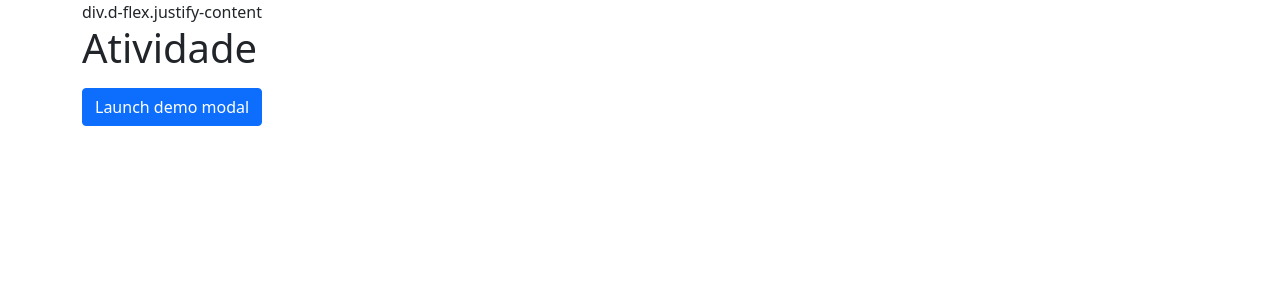
Repository: faribeiro/react-dotnetcore-efcore
Page: / (app in front/pro-atividade-app/)
These files come from the project's save history. The page is drawn as it stood at one moment and after the next save; the edit follows.
The browser window is 1280 px wide. The pictures show the whole page.
The page's requests for data from a server got no answer. The project was rebuilt for these pictures with package versions that can differ from the ones it lists, and the page was loaded fresh each time. No one was signed in, and anything a server would have sent is missing. Also part of the build but not shown: front/pro-atividade-app/src/components/AtividadeForm.js, front/pro-atividade-app/src/components/Atividade.js.

Above is the page before, as saved 2023-10-24 15:11:01.

### front/pro-atividade-app/src/index.js
import React from 'react';
import ReactDOM from 'react-dom/client';
import './index.css';
import 'bootstrap/dist/css/bootstrap.min.css';
import App from './App';


const root = ReactDOM.createRoot(document.getElementById('root'));
root.render(
  <div className='container'>
    <App />

  </div>
);

// If you want to start measuring performance in your app, pass a function
// to log results (for example: reportWebVitals(console.log))
// or send to an analytics endpoint. Learn more: https://bit.ly/CRA-vitals

### front/pro-atividade-app/src/index.css
@import url('../node_modules/@fortawesome/fontawesome-free/css/all.min.css');

### front/pro-atividade-app/src/App.js
import {useEffect, useState} from 'react';
import './App.css';
import { Button, Modal } from 'react-bootstrap';
import AtividadeForm from './components/AtividadeForm';
import AtividadeLista from './components/AtividadeLista';
import api from './api/atividade';

function App() {
  const [show, setShow] = useState(false);
  const [atividades, setAtividades] = useState([])
  const [atividade, setAtividade] = useState({id:0})

  const handleClose = () => setShow(false);
  const handleShow = () => setShow(true);

  const pegaTodasAtividades = async () => {
    const response = await api.get('atividade');
    return response.data;
  }

  useEffect(() => {
    //atividades.length <= 0 ? setIndex(1) :
    //setIndex(Math.max.apply( Math, atividades.map((item) => item.id)) + 1)
    const getAtividades = async () => {
      const todasAtividades = await pegaTodasAtividades()
      if (todasAtividades) setAtividades(todasAtividades)
    }
    getAtividades();
  },[])

   const addAtividade = async (ativ) => {
    const response = await api.post('atividade', ativ)
    console.log(response.data)
    setAtividades([ ...atividades, response.data])
  }

  function cancelarAtividade() {
    setAtividade({id: 0})
  }

  const atualizarAtividade = async (ativ) => {
    const response = await api.put(`atividade/${ativ.id}`, ativ)
    const {id} = response.data
    setAtividades(
      atividades.map((item) => (item.id === id ? response.data : item ))
    )
    setAtividade({id: 0})
  }

  const deletarAtividade = async (id) => {
    if (await api.delete(`atividade/${id}`))
    {
      const atividadesFiltradas = atividades.filter(atividade => atividade.id !== id)
          setAtividades([...atividadesFiltradas])
    }
  }

  function pegarAtividade(id) {
    const atividade = atividades.filter(atividade => atividade.id === id)
    setAtividade(atividade[0])
  }

  return (
    <>
    div.d-flex.justify-content
      <h1>Atividade {atividade.id !== 0 ? atividade.id : ''}</h1>
      <AtividadeLista
        atividades={atividades}
        deletarAtividade={deletarAtividade}
        pegarAtividade={pegarAtividade}
      />

      <Button variant="primary" onClick={handleShow}>
        Launch demo modal
      </Button>

      <Modal show={show} onHide={handleClose}>
        <Modal.Header closeButton>
          <Modal.Title>Modal heading</Modal.Title>
        </Modal.Header>
        <Modal.Body>
          <AtividadeForm
            addAtividade={addAtividade}
            cancelarAtividade={cancelarAtividade}
            atualizarAtividade={atualizarAtividade}
            ativSelecionada={atividade}
            atividades={atividades}
          />
        </Modal.Body>
      </Modal>

    </>

  );
}

export default App;

### front/pro-atividade-app/src/components/AtividadeLista.js
import React from 'react'
import Atividade from './Atividade'

export default function AtividadeLista(props) {
  return (
    <div className="mt-3">
          {props.atividades.map(ativ => (
            <Atividade
              key={ativ.id}
              ativ={ativ}
              deletarAtividade={props.deletarAtividade}
              pegarAtividade={props.pegarAtividade}
            />
          ))}
        </div>
  )
}

### front/pro-atividade-app/src/api/atividade.js
import axios from 'axios';

export default axios.create({
    baseURL: 'http://localhost:5000/api/',
})

Loaded but not shown: front/pro-atividade-app/public/index.html (common file); front/pro-atividade-app/src/App.css (no stored copy; drawn as an empty file)

After the next save:
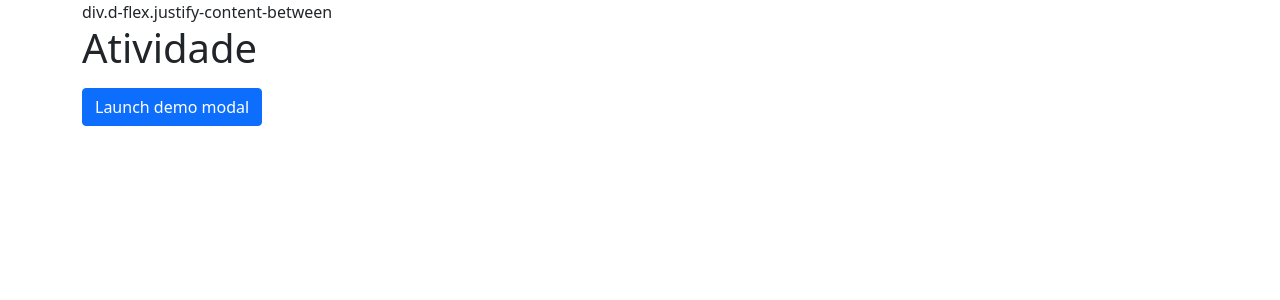
Saved 4 s later.
--- a/front/pro-atividade-app/src/App.js
+++ b/front/pro-atividade-app/src/App.js
@@ -62,7 +62,7 @@ function App() {
 
   return (
     <>
-    div.d-flex.justify-content
+    div.d-flex.justify-content-between
       <h1>Atividade {atividade.id !== 0 ? atividade.id : ''}</h1>
       <AtividadeLista
         atividades={atividades}
